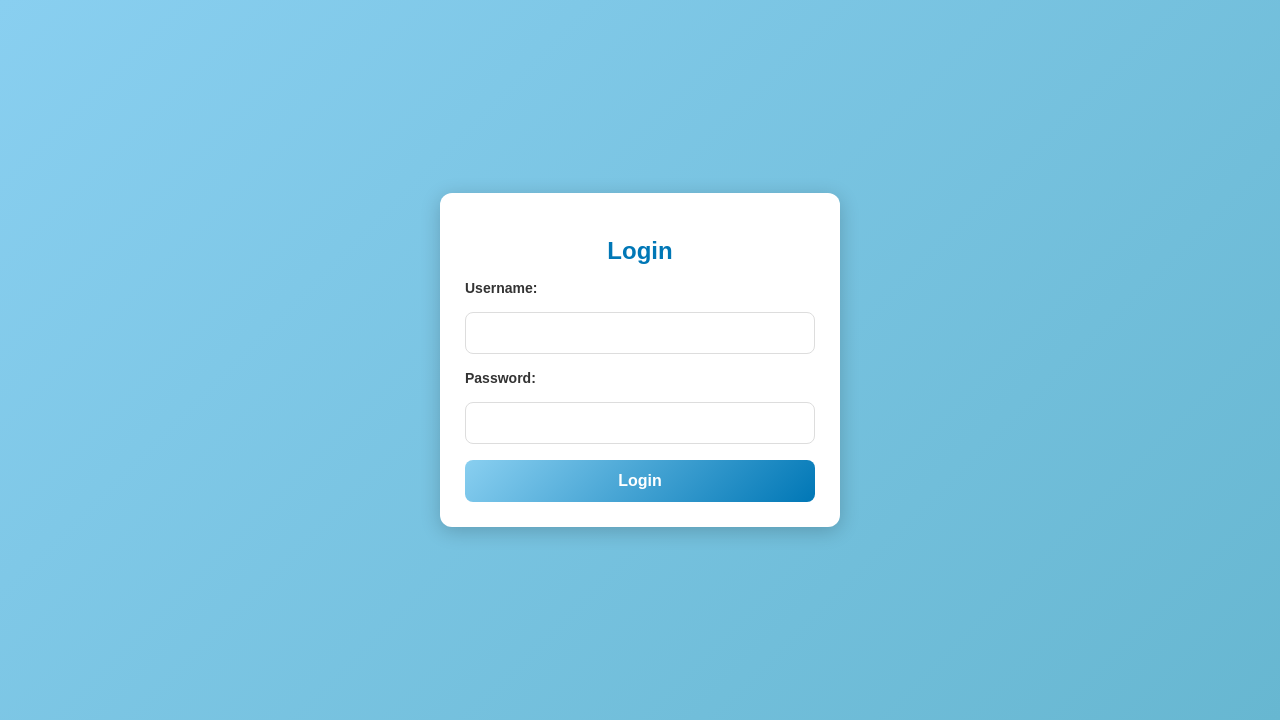
Repository: Loc2804/LTM
Page: http://localhost/RestaurantProject/Login.jsp
These files come from the project's save history. The page is drawn as it stood at one moment and after the next save; the edit follows.
The browser window is 1280 px wide. The pictures show the whole page.
The page is served by Tomcat 10.

Above is the page before, as saved 2024-12-07 08:47:17.

After the next save:
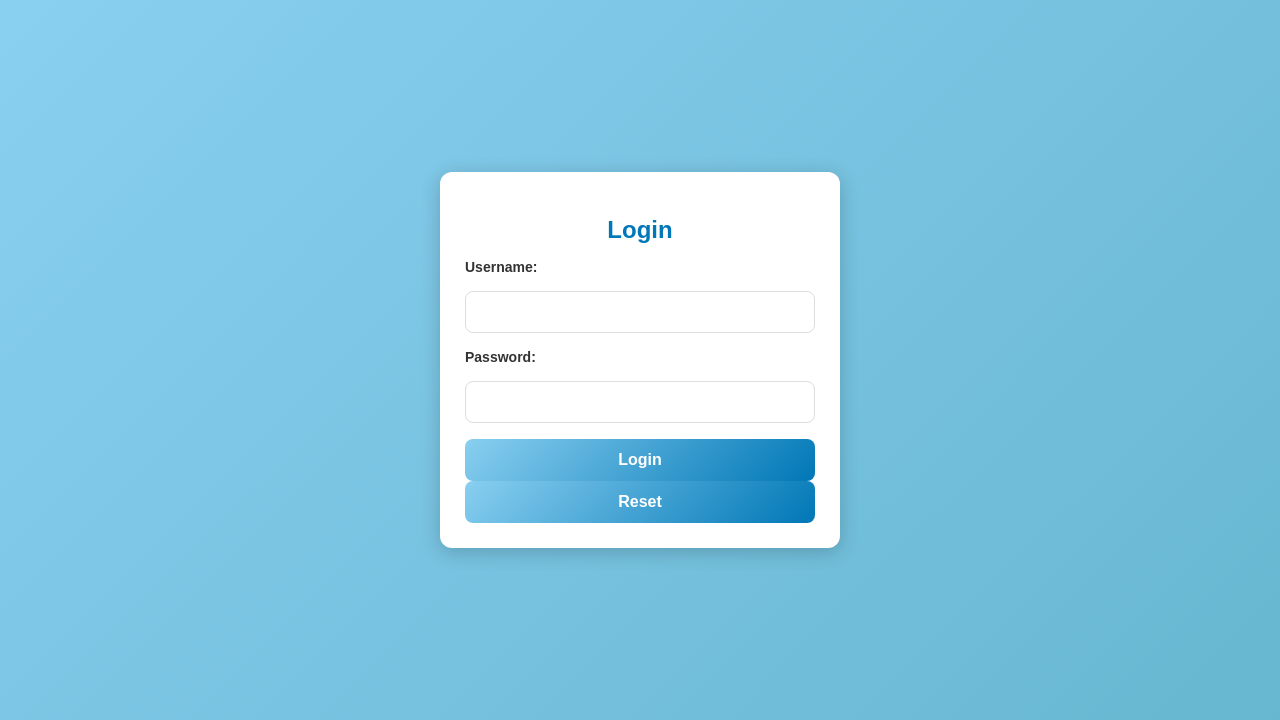
Saved 2 min 13 s later.
--- a/RestaurantProject/src/main/webapp/Login.jsp
+++ b/RestaurantProject/src/main/webapp/Login.jsp
@@ -135,6 +135,21 @@ input[type="text"]:focus, input[type="password"]:focus {
         font-size: 14px;
         padding: 10px;
     }
+    a {
+    display: block;
+    margin-top: 15px;
+    font-size: 14px;
+    text-decoration: none;
+    color: #0077b6;
+    font-weight: bold;
+    transition: color 0.3s ease;
+}
+
+a:hover {
+    color: #005f99;
+    text-decoration: underline;
+}
+
 }
 
     </style>
@@ -151,6 +166,7 @@ input[type="text"]:focus, input[type="password"]:focus {
 
 			<input type="hidden" name="action" value="login" class="input-field" required>
             <button type="submit" class="btn">Login</button>
+            <button type="reset" class="btn">Reset</button>
         </form>
         <%
             String errorMessage = (String) request.getAttribute("errorMessage");
